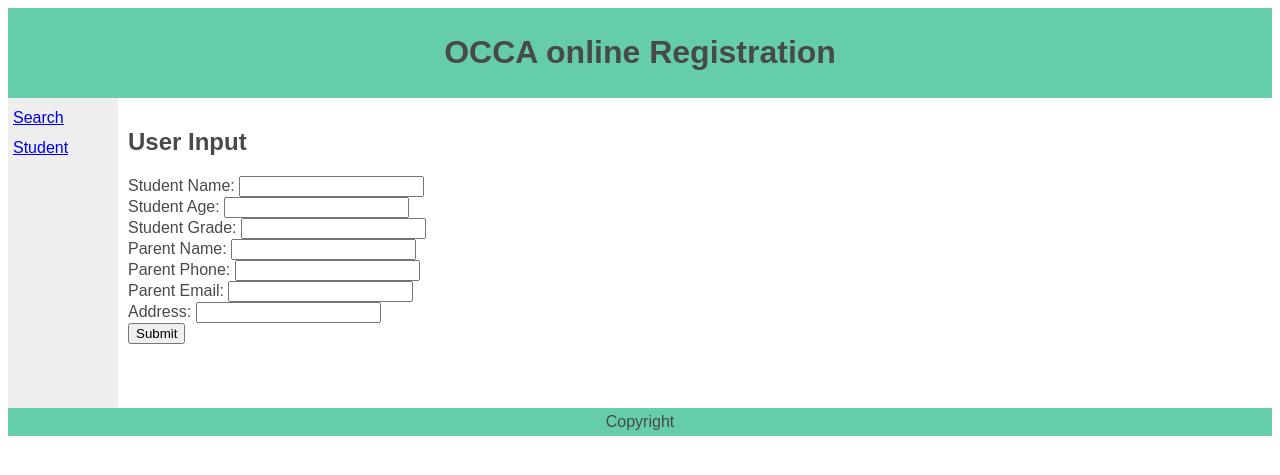
Repository: dreamxia329/TechExercise4830
Page: T3-0325-xia/T3-webProject-Xia/WebContent/addStudent.html
An editor plug-in stored every save of this project. The page is shown before and after the next save, followed by the edit.
The browser window is 1280 px wide. The pictures show the whole page.

Above is the page before, as saved 2022-03-31 17:38:05.

After the next save:
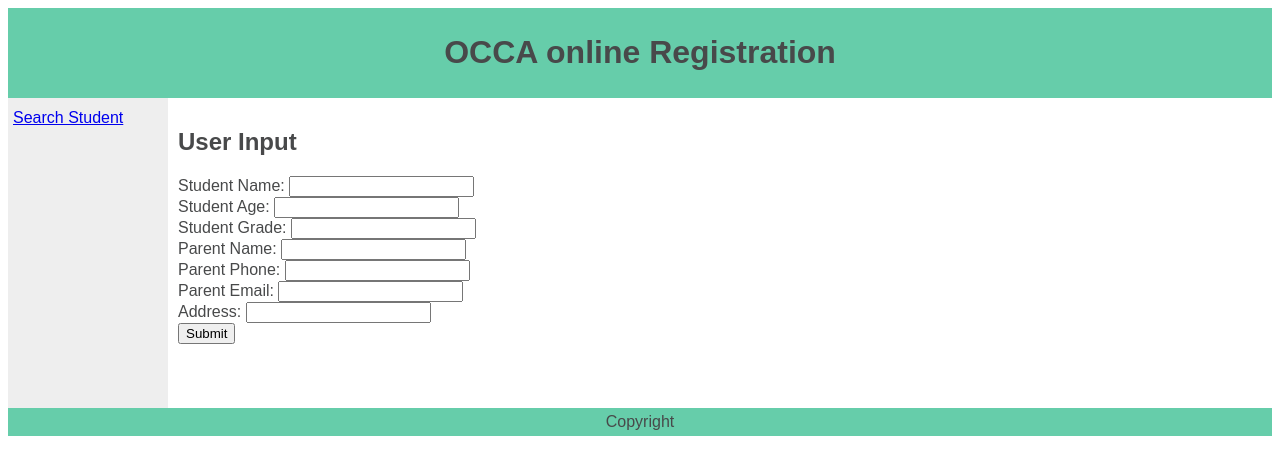
Saved 23 s later.
--- a/T3-0325-xia/T3-webProject-Xia/WebContent/addStudent.html
+++ b/T3-0325-xia/T3-webProject-Xia/WebContent/addStudent.html
@@ -17,7 +17,7 @@ nav {
     line-height:30px;
     background-color:#eeeeee;
     height:300px;
-    width:100px;
+    width:150px;
     float:left;
     padding:5px;
 }
